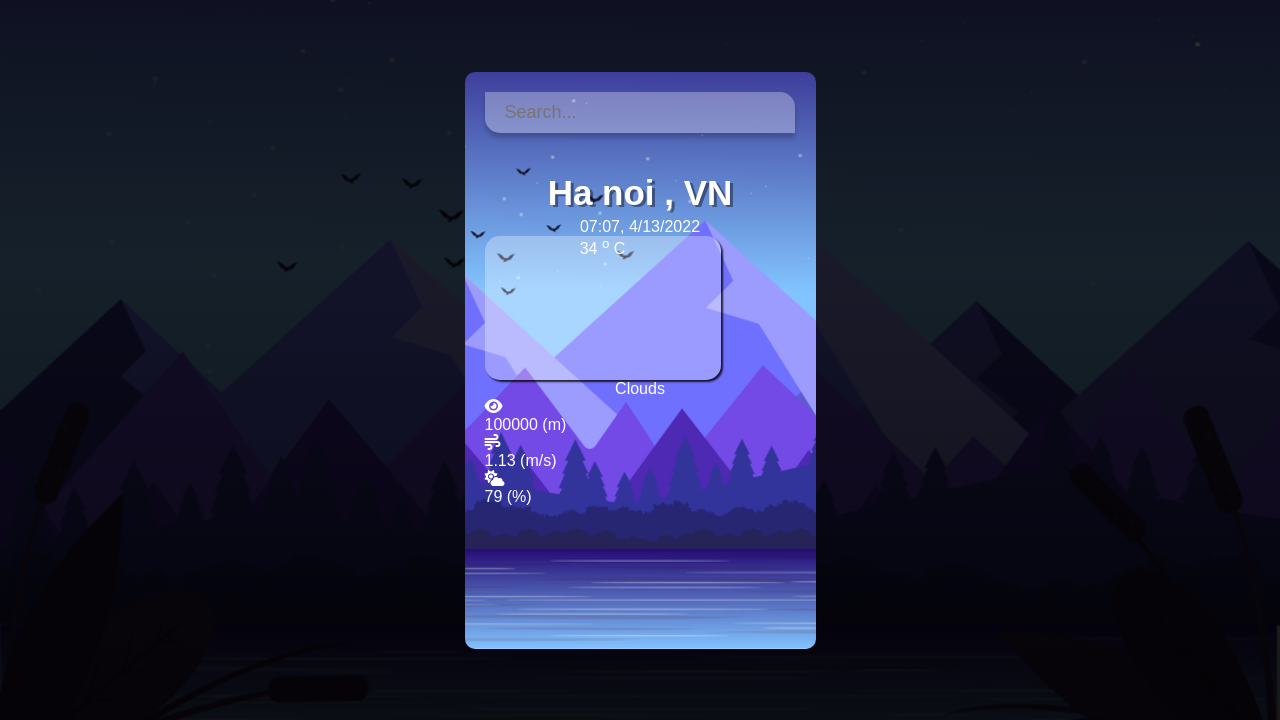
Repository: nganha241/weather-app
Page: index.html
These files come from the project's save history. The page is drawn as it stood at one moment and after the next save; the edit follows.
The browser window is 1280 px wide. The pictures show the whole page.
Some web libraries are served in a nearby version.

Above is the page before, as saved 2022-04-13 09:36:27.

### index.html
<!DOCTYPE html>
<html lang="en">
  <head>
    <meta charset="UTF-8" />
    <meta http-equiv="X-UA-Compatible" content="IE=edge" />
    <meta name="viewport" content="width=device-width, initial-scale=1.0" />
    <title>Document</title>
    <link rel="stylesheet" href="./style.css" />
  </head>
  <body>
    <div id="weather">
      <div class="header">
        <input type="text" placeholder="Search..." />
      </div>
      <div class="content">
        <div class="city">Ha noi , <span class="country">VN</span></div>
        <div class="time">07:07, <span class="date">4/13/2022</span></div>
        <div class="deg">34 <sup>o</sup> C</div>
        <div class="status">Clouds</div>
      </div>
      <div class="footer">
        <div class="detail">
          <div class="distance">
            <div><i class="fa-solid fa-eye"></i></div>
            <div>100000 <span>(m)</span></div>
          </div>
          <div class="speed">
            <div><i class="fa-solid fa-wind"></i></div>
            <div>1.13 <span>(m/s)</span></div>
          </div>
          <div class="humidity">
            <div><i class="fa-solid fa-cloud-sun"></i></div>
            <div>79 <span>(%)</span></div>
          </div>
        </div>
      </div>
    </div>
    <script
      src="https://kit.fontawesome.com/ae971d7ee0.js"
      crossorigin="anonymous"
    ></script>
    <script src="./main.js"></script>
  </body>
</html>

### style.css
* {
    padding: 0;
    margin: 0;
    box-sizing: border-box;
}

body {
    font-family: sans-serif;
    height: 100vh;
    display: flex;
    justify-content: center;
    align-items: center;
    background: linear-gradient(to top, rgba(0, 0, 0, 0.9), rgba(0, 0, 0, 0.8)), url(./img1.png) no-repeat center/cover;
    color: #fff;
}

#weather {
    padding: 20px;
    width: 351px;
    height: 577px;
    border: none;
    border-radius: 10px;
    background: url(./img1.png) no-repeat center/cover;
}

.header input{
    width: 310px;
    height: 41px;
    border-radius: 0px 15px 0px 15px;
    border: none;
    background: rgba(255, 255, 255, 0.3);
    box-shadow: 0px 5px 5px rgba(0, 0, 0, 0.2);
    outline: none;
    font-size: 18px;
    padding: 0 20px;
    transition: 0.4s;
}

.header input:focus {
    border-radius: 15px 0px 15px 0px;
    background: rgba(255, 255, 255, 0.7);
}

.content {
    margin-top: 40px;
    text-align: center;
}

.city {
    font-size: 35px;
    font-weight: 600;
    text-shadow: 3px 2px rgba(0, 0, 0, 0.4);
}

.time {
    margin-top: 5px;
}

.deg {
    width: 236px;
    height: 144px;
    border-radius: 15px;
    background: rgba(255, 255, 255, 0.3);
    box-shadow: 2px 2px 2px rgba(0, 0, 0, 0.8);
}

Loaded but not shown: main.js (no copy from this time; the picture is the same without it)

After the next save:
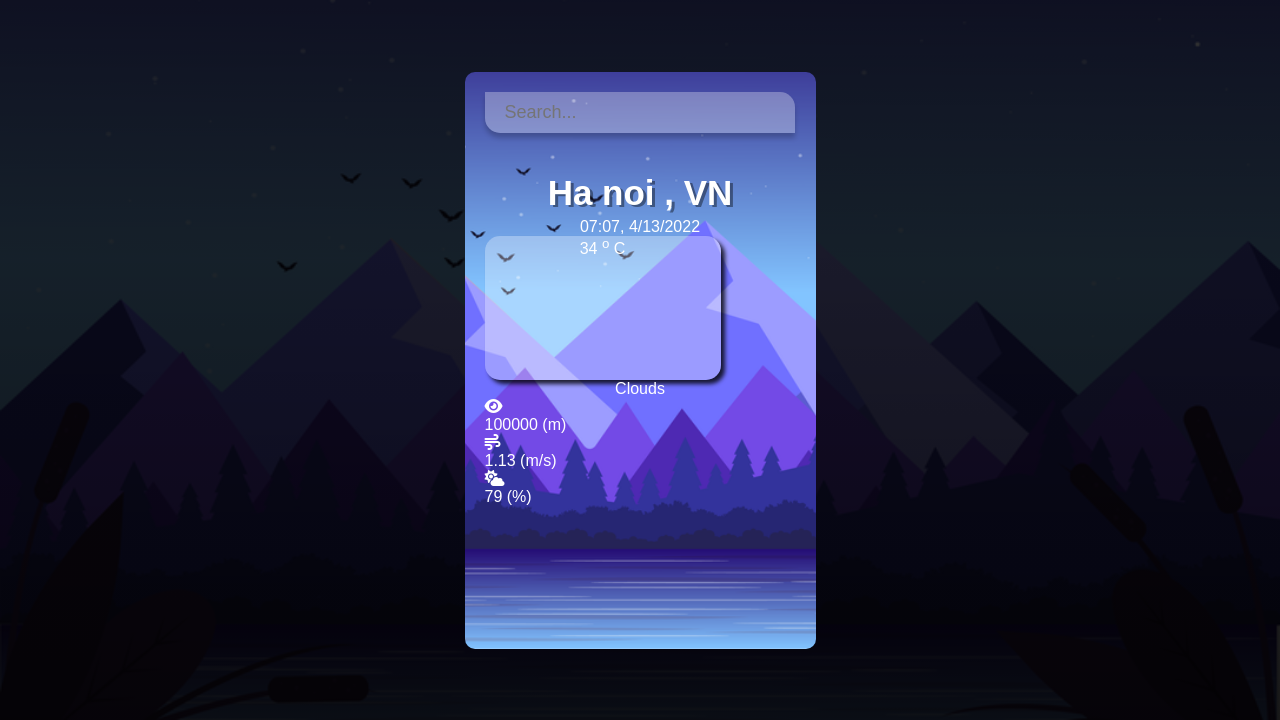
Saved 8 s later.
--- a/style.css
+++ b/style.css
@@ -61,5 +61,5 @@ body {
     height: 144px;
     border-radius: 15px;
     background: rgba(255, 255, 255, 0.3);
-    box-shadow: 2px 2px 2px rgba(0, 0, 0, 0.8);
+    box-shadow: 4px 4px 4px rgba(0, 0, 0, 0.8);
 }
